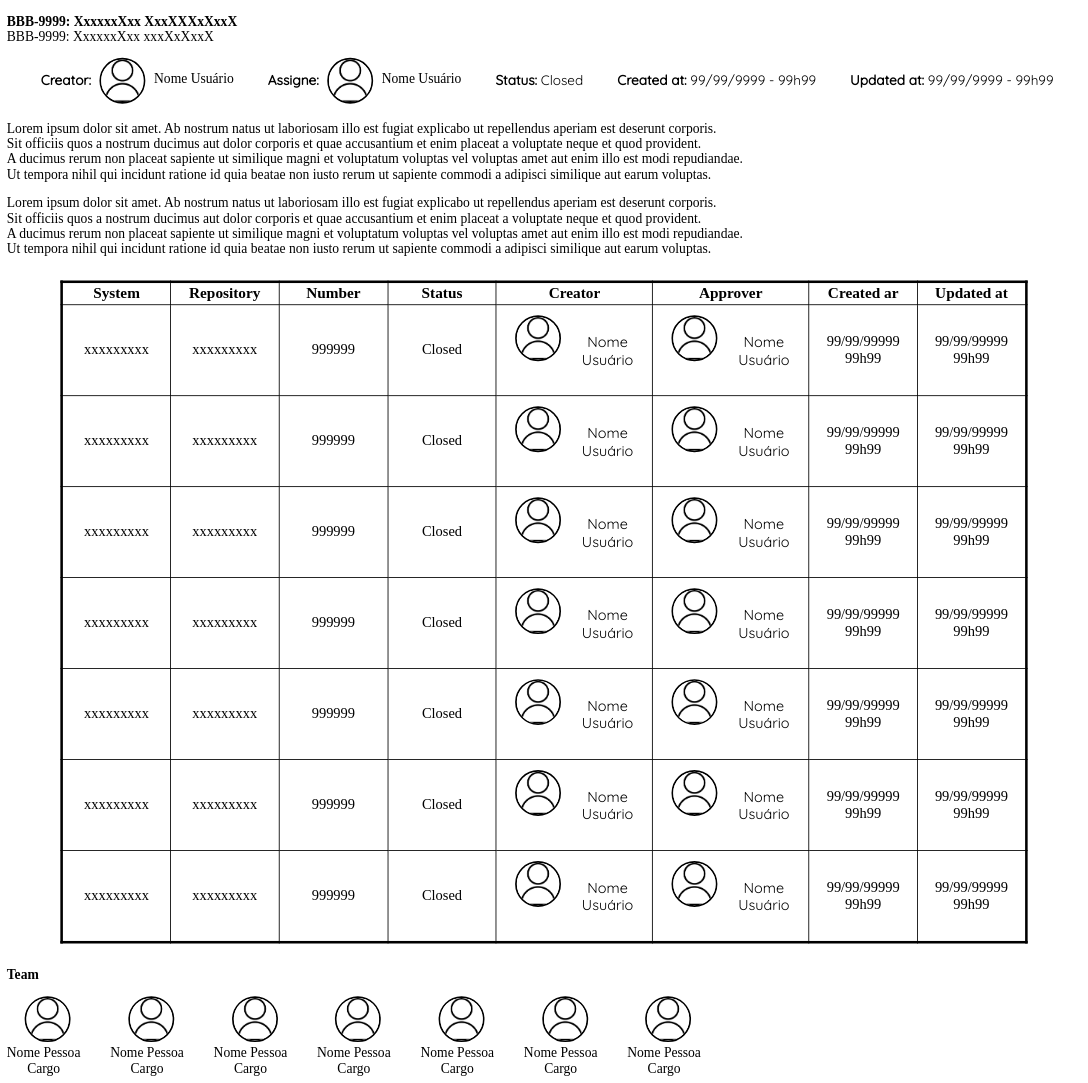
Repository: AnaBerlanda/PaginaFer
Page: index.html
The author's editor kept a copy of each file at every save. The page is drawn from the files as they stood at one save, then again after the next save.
The browser window is 1280 px wide. The pictures show the whole page, at 85% of full size.
Some web fonts or font styles are not loaded; a fallback is used.

Above is the page before, as saved 2022-05-24 14:33:24.

### index.html
<!DOCTYPE html>
<html lang="en">
<head>
    <meta charset="UTF-8">
    <meta http-equiv="X-UA-Compatible" content="IE=edge">
    <meta name="viewport" content="width=device-width, initial-scale=1.0">
    <link type="text/css" rel="stylesheet" href="index.css">
    <title>Release</title>
</head>
<body>
    <p>
        <strong>BBB-9999: XxxxxxXxx XxxXXXxXxxX</strong><br>
        BBB-9999: XxxxxxXxx xxxXxXxxX
    </p>
    <div class="container">
        <div class="textos">
        <p class="sub-titulos"><strong>Creator:</strong></p>
        </div>
        <div class="imagem">
            <img src="imagem/Icone-usuario-Png-1024x1024.png">
        </div>
        <div class="nome-usuario">
            <p>Nome Usuário</p>
        </div>
        <div class="textos">
            <p class="sub-titulos"><strong>Assigne:</strong></p>
        </div>
            <div class="imagem">
                <img src="imagem/Icone-usuario-Png-1024x1024.png">
            </div>
            <div class="nome-usuario">
                <p>Nome Usuário</p>
            </div>
        <div class="textos">
            <p class="sub-titulos"><strong>Status:</strong> Closed</p>
        </div>
        <div class="textos">
            <p class="sub-titulos"><strong>Created at:</strong> 99/99/9999 - 99h99</p>
        </div>
        <div class="textos">
            <p class="sub-titulos"><strong>Updated at:</strong> 99/99/9999 - 99h99</p>
        </div>
    </div>
    <p>
        Lorem ipsum dolor sit amet. Ab nostrum natus ut laboriosam illo est fugiat explicabo ut repellendus aperiam est deserunt corporis.<br> Sit officiis quos a nostrum ducimus aut dolor corporis et quae accusantium et enim placeat a voluptate neque et quod provident.<br> A ducimus rerum non placeat sapiente ut similique magni et voluptatum voluptas vel voluptas amet aut enim illo est modi repudiandae.<br> Ut tempora nihil qui incidunt ratione id quia beatae non iusto rerum ut sapiente commodi a adipisci similique aut earum voluptas.
    </p>
    <p>
        Lorem ipsum dolor sit amet. Ab nostrum natus ut laboriosam illo est fugiat explicabo ut repellendus aperiam est deserunt corporis.<br> Sit officiis quos a nostrum ducimus aut dolor corporis et quae accusantium et enim placeat a voluptate neque et quod provident.<br> A ducimus rerum non placeat sapiente ut similique magni et voluptatum voluptas vel voluptas amet aut enim illo est modi repudiandae.<br> Ut tempora nihil qui incidunt ratione id quia beatae non iusto rerum ut sapiente commodi a adipisci similique aut earum voluptas.
    </p>
    <table class="tabela">
        <tr>
            <th>System</th>
            <th>Repository</th>
            <th>Number</th>
            <th>Status</th>
            <th>Creator</th>
            <th>Approver</th>
            <th>Created ar</th>
            <th>Updated at</th>
        </tr>
        <tr>
            <td>xxxxxxxxx</td>
            <td>xxxxxxxxx</td>
            <td>999999</td>
            <td>Closed</td>
            <td>
                <div class="tabela-imagem">
                    <div class="imagem">
                    <img src="imagem/Icone-usuario-Png-1024x1024.png">
                    </div>
                <div class="textos">
                    <p class="nome">Nome Usuário</p>
                </div>
                </div>
            </td>
            <td>
                <div class="tabela-imagem">
                    <div class="imagem">
                    <img src="imagem/Icone-usuario-Png-1024x1024.png">
                    </div>
                <div class="textos">
                    <p class="nome">Nome Usuário</p>
                </div>
                </div>
            </td>
            <td>99/99/99999 99h99</td>
            <td>99/99/99999 99h99</td>
        </tr>
        <tr>
            <td>xxxxxxxxx</td>
            <td>xxxxxxxxx</td>
            <td>999999</td>
            <td>Closed</td>
            <td>
                <div class="tabela-imagem">
                    <div class="imagem">
                    <img src="imagem/Icone-usuario-Png-1024x1024.png">
                    </div>
                <div class="textos">
                    <p class="nome">Nome Usuário</p>
                </div>
                </div>
            </td>
            <td>
                <div class="tabela-imagem">
                    <div class="imagem">
                    <img src="imagem/Icone-usuario-Png-1024x1024.png">
                    </div>
                <div class="textos">
                    <p class="nome">Nome Usuário</p>
                </div>
                </div>
            </td>
            <td>99/99/99999 99h99</td>
            <td>99/99/99999 99h99</td>
        </tr>
        <tr>
            <td>xxxxxxxxx</td>
            <td>xxxxxxxxx</td>
            <td>999999</td>
            <td>Closed</td>
            <td>
                <div class="tabela-imagem">
                    <div class="imagem">
                    <img src="imagem/Icone-usuario-Png-1024x1024.png">
                    </div>
                <div class="textos">
                    <p class="nome">Nome Usuário</p>
                </div>
                </div>
            </td>
            <td>
                <div class="tabela-imagem">
                    <div class="imagem">
                    <img src="imagem/Icone-usuario-Png-1024x1024.png">
                    </div>
                <div class="textos">
                    <p class="nome">Nome Usuário</p>
                </div>
                </div>
            </td>
            <td>99/99/99999 99h99</td>
            <td>99/99/99999 99h99</td>
        </tr>
        <tr>
            <td>xxxxxxxxx</td>
            <td>xxxxxxxxx</td>
            <td>999999</td>
            <td>Closed</td>
            <td>
                <div class="tabela-imagem">
                    <div class="imagem">
                    <img src="imagem/Icone-usuario-Png-1024x1024.png">
                    </div>
                <div class="textos">
                    <p class="nome">Nome Usuário</p>
                </div>
                </div>
            </td>
            <td>
                <div class="tabela-imagem">
                    <div class="imagem">
                    <img src="imagem/Icone-usuario-Png-1024x1024.png">
                    </div>
                <div class="textos">
                    <p class="nome">Nome Usuário</p>
                </div>
                </div>
            </td>
            <td>99/99/99999 99h99</td>
            <td>99/99/99999 99h99</td>
        </tr>
        <tr>
            <td>xxxxxxxxx</td>
            <td>xxxxxxxxx</td>
            <td>999999</td>
            <td>Closed</td>
            <td>
                <div class="tabela-imagem">
                    <div class="imagem">
                    <img src="imagem/Icone-usuario-Png-1024x1024.png">
                    </div>
                <div class="textos">
                    <p class="nome">Nome Usuário</p>
                </div>
                </div>
            </td>
            <td>
                <div class="tabela-imagem">
                    <div class="imagem">
                    <img src="imagem/Icone-usuario-Png-1024x1024.png">
                    </div>
                <div class="textos">
                    <p class="nome">Nome Usuário</p>
                </div>
                </div>
            </td>
            <td>99/99/99999 99h99</td>
            <td>99/99/99999 99h99</td>
        </tr>
        <tr>
            <td>xxxxxxxxx</td>
            <td>xxxxxxxxx</td>
            <td>999999</td>
            <td>Closed</td>
            <td>
                <div class="tabela-imagem">
                    <div class="imagem">
                    <img src="imagem/Icone-usuario-Png-1024x1024.png">
                    </div>
                <div class="textos">
                    <p class="nome">Nome Usuário</p>
                </div>
                </div>
            </td>
            <td>
                <div class="tabela-imagem">
                    <div class="imagem">
                    <img src="imagem/Icone-usuario-Png-1024x1024.png">
                    </div>
                <div class="textos">
                    <p class="nome">Nome Usuário</p>
                </div>
                </div>
            </td>
            <td>99/99/99999 99h99</td>
            <td>99/99/99999 99h99</td>
        </tr>
        <tr>
            <td>xxxxxxxxx</td>
            <td>xxxxxxxxx</td>
            <td>999999</td>
            <td>Closed</td>
            <td>
                <div class="tabela-imagem">
                    <div class="imagem">
                    <img src="imagem/Icone-usuario-Png-1024x1024.png">
                    </div>
                <div class="textos">
                    <p class="nome">Nome Usuário</p>
                </div>
                </div>
            </td>
            <td>
                <div class="tabela-imagem">
                    <div class="imagem">
                    <img src="imagem/Icone-usuario-Png-1024x1024.png">
                    </div>
                <div class="textos">
                    <p class="nome">Nome Usuário</p>
                </div>
                </div>
            </td>
            <td>99/99/99999 99h99</td>
            <td>99/99/99999 99h99</td>
        </tr>
    </table>
    <p><strong>Team</strong></p>
    <div class="imagens-time">
        <div class="imagem">
            <div class="batata">
                <img src="imagem/Icone-usuario-Png-1024x1024.png">
            </div>
            <p class="nome">Nome Pessoa</p>
            <p class="cargo">Cargo</p>
        </div>
        <div class="imagem">
            <div class="batata">
                <img src="imagem/Icone-usuario-Png-1024x1024.png">
            </div>
            <p class="nome">Nome Pessoa</p>
            <p class="cargo">Cargo</p>
        </div>
        <div class="imagem">
            <div class="batata">
                <img src="imagem/Icone-usuario-Png-1024x1024.png">
            </div>
            <p class="nome">Nome Pessoa</p>
            <p class="cargo">Cargo</p>
        </div>
        <div class="imagem">
            <div class="batata">
                <img src="imagem/Icone-usuario-Png-1024x1024.png">
            </div>
            <p class="nome">Nome Pessoa</p>
            <p class="cargo">Cargo</p>
        </div>
        <div class="imagem">
            <div class="batata">
                <img src="imagem/Icone-usuario-Png-1024x1024.png">
            </div>
            <p class="nome">Nome Pessoa</p>
            <p class="cargo">Cargo</p>
        </div>
        <div class="imagem">
            <div class="batata">
                <img src="imagem/Icone-usuario-Png-1024x1024.png">
            </div>
            <p class="nome">Nome Pessoa</p>
            <p class="cargo">Cargo</p>
        </div>
        <div class="imagem">
            <div class="batata">
                <img src="imagem/Icone-usuario-Png-1024x1024.png">
            </div>
            <p class="nome">Nome Pessoa</p>
            <p class="cargo">Cargo</p>
        </div>
    </div>

    </div>















</body>
</html>

### index.css
@import url('https://fonts.googleapis.com/css2?family=Cormorant+Infant:ital@1&family=Lora:ital@1&family=Quicksand:wght@300;400&display=swap');

.container{
    display: flex;

}
.imagem img{
    width: 50px;
    height: 50px;
    border-radius: 50%;
    border: 2px solid black;
    margin-left: 10px;
}
.textos{
    margin-left: 40px;
    font-family: 'Quicksand', sans-serif
}
.nome-usuario{
    margin-left: 10px;
}
.main-container{
    display: flex;
    justify-content: space-around;
    gap: 10px;
}
table {
    border-collapse: collapse;
    border: 3px solid black;
    width: 90%;
    margin: 28px auto;
    border-radius: 2%;
}
table th{
    border: 1px solid black;
    color:black;
    font-size: 18px;
    padding: 2px;

}
table td {
    text-align: center;
    border: 1px solid black;
    color: black;
    font-size: 17px;
    width: 10%;
    padding: 5px;
}
.tabela-imagem{
    display:flex
}
.tabela-imagem .textos{
    margin: 10px;
}
.tabela-imagem .imagem{
    margin: 7px;
    text-align: center;
}
.imagens-time{
    display: flex;
    gap: 35px;
}
.imagens-time .imagem p{
    margin: 0;
    padding: 0;
    text-align: center;
}
.imagem .batata{
    width: 100%;
    text-align: center;
}

After the next save:
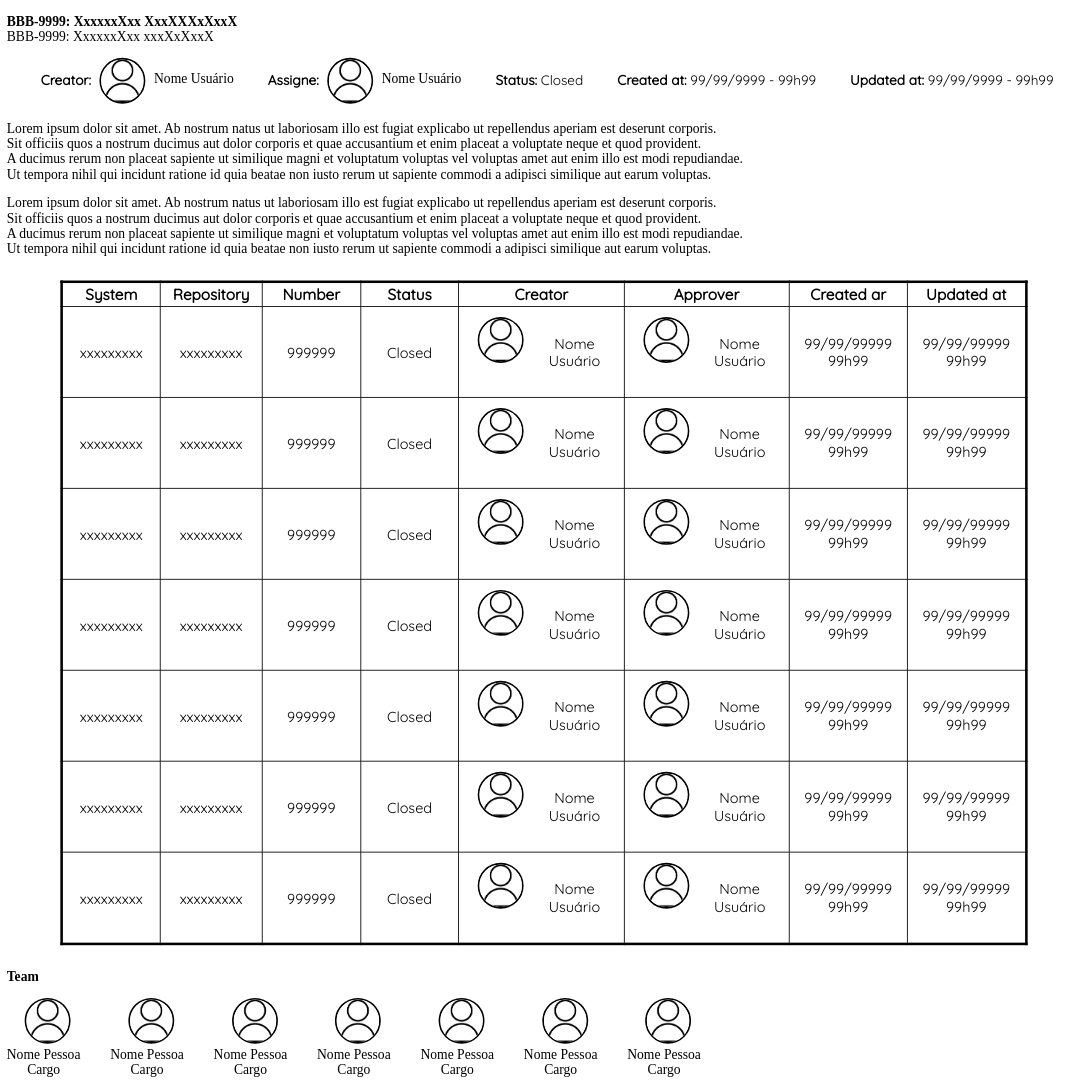
Saved 86 s later.
--- a/index.css
+++ b/index.css
@@ -29,6 +29,7 @@ table {
     width: 90%;
     margin: 28px auto;
     border-radius: 2%;
+    font-family: 'Quicksand', sans-serif
 }
 table th{
     border: 1px solid black;
@@ -42,7 +43,7 @@ table td {
     border: 1px solid black;
     color: black;
     font-size: 17px;
-    width: 10%;
+    width: 8%;
     padding: 5px;
 }
 .tabela-imagem{
